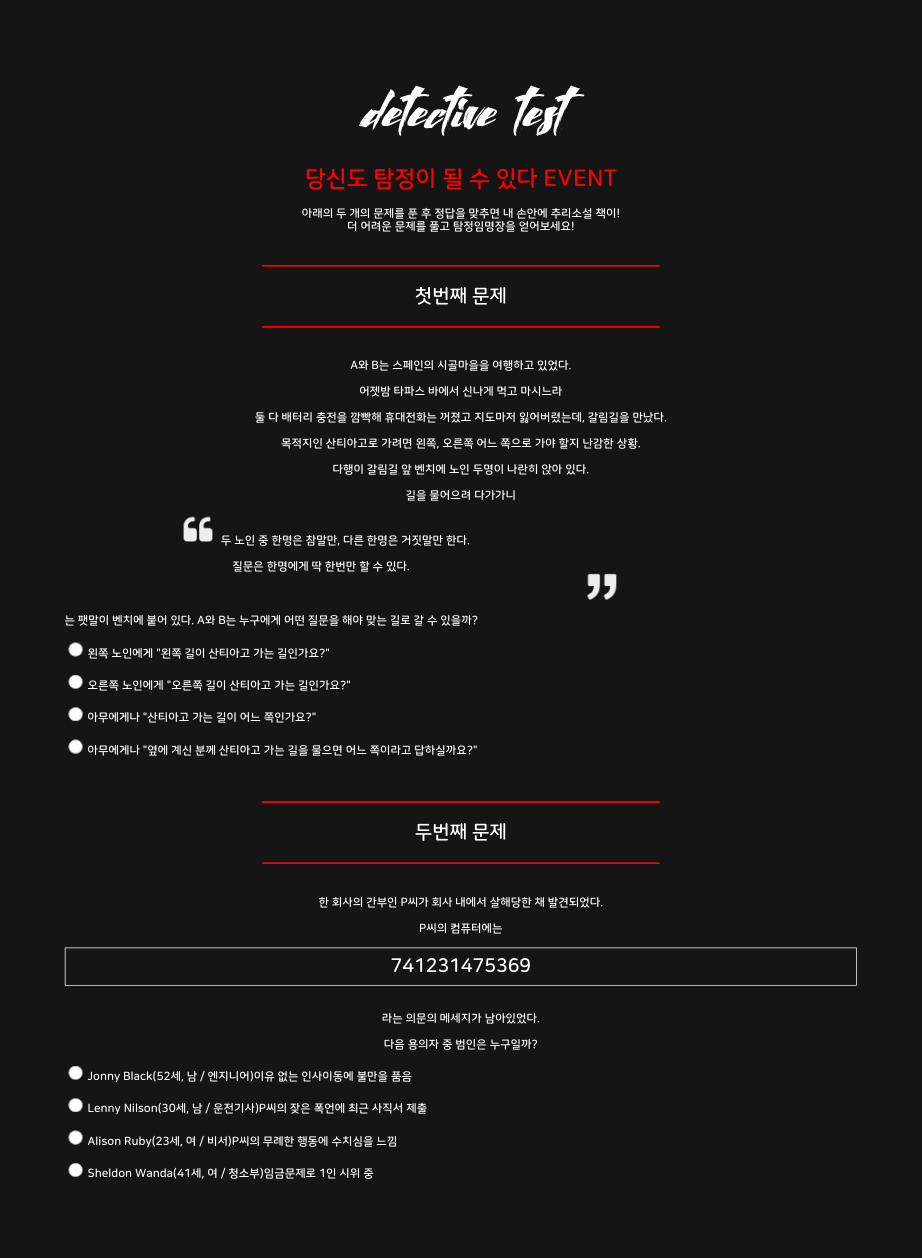
Repository: minkyung0421/Event_Project
Page: http://localhost/Event/quiz.jsp
These files come from the project's save history. The page is drawn as it stood at one moment and after the next save; the edit follows.
The browser window is 1280 px wide. The pictures show the whole page, at 72% of full size.
The page is served by Tomcat 9.

Above is the page before, as saved 2018-09-04 07:30:32.

### Event_Project/Event/WebContent/quiz.jsp
<%@ page language="java" contentType="text/html; charset=UTF-8"
    pageEncoding="UTF-8"%>
<!DOCTYPE html PUBLIC "-//W3C//DTD HTML 4.01 Transitional//EN" "http://www.w3.org/TR/html4/loose.dtd">
<html>
<head>
<meta http-equiv="Content-Type" content="text/html; charset=UTF-8">
<title>EVENT</title>
<style>
@font-face{
	font-family: 'Calligraphy Personal Use'; src:url('font/Calligraphy Personal Use.ttf');
}
@font-face{font-family:'NANUMSQUAREROUNDL'; src:url('font/NANUMSQUAREROUNDL.TTF')}
@font-face{font-family:'NANUMSQUAREROUNDB'; src:url('font/NANUMSQUAREROUNDB.TTF')}

body{
	margin:7%;
	padding:0px;
	font-family:'NANUMSQUAREROUNDB';
	background-color: #151515;
	color: white;
}


</style>
</head>
<style>
</style>
<body>
<form action = "quiz_result.jsp" method="post">
<center><div style = "font-family: Calligraphy Personal Use; font-size: 90pt; margin-top:5%">detective test</div></center>

<center><h1 style = "color:red">당신도 탐정이 될 수 있다 EVENT</h1>
<div style = "color: white;">아래의 두 개의 문제를 푼 후 정답을 맞추면 내 손안에 추리소설 책이! <br>
더 어려운 문제를 풀고 탐정임명장을 얻어보세요!</div>
<br><br>
<hr color="red" style = "width: 50%">
<br>
<div style = "font-size: 20pt;">첫번째 문제</div>
<br>
<hr color="red" style = "width: 50%">
<br>
<br>
</center>
<center>
A와 B는 스페인의 시골마을을 여행하고 있었다. <br><br>
어젯밤 타파스 바에서 신나게 먹고 마시느라 <br><br> 둘 다 배터리 충전을 깜빡해
휴대전화는 꺼졌고 지도마저 잃어버렸는데, 갈림길을 만났다.<br><br>
목적지인 산티아고로 가려면 왼쪽, 오른쪽 어느 쪽으로 가야 할지 난감한 상황. <br><br>
다행이 갈림길 앞 벤치에 노인 두명이 나란히 앉아 있다. <br><br>길을 물어으려 다가가니<br><br> </center>
<div style = "margin-left:15%;"><img src ="img/quote-left.png" widt=40px height=40px>&nbsp;&nbsp;
두 노인 중 한명은 참말만, 다른 한명은 거짓말만 한다.<br><br>&nbsp;&nbsp;&nbsp;&nbsp;&nbsp;&nbsp;&nbsp;
&nbsp;&nbsp;&nbsp;&nbsp;&nbsp;&nbsp;&nbsp;&nbsp;&nbsp;질문은 한명에게 딱 한번만 할 수 있다.<br><img src ="img/right-quote-sign.png" widt=40px height=40px style = "margin-left:60%;"></div><br>
는 팻말이 벤치에 붙어 있다. A와 B는 누구에게 어떤 질문을 해야 맞는 길로 갈 수 있을까?<br><br>


	<label><input type = "radio" name = "quiz1" value = "1" style="width:20px;height:20px;"> 왼쪽 노인에게 "왼쪽 길이 산티아고 가는 길인가요?"</label><br><br>
	<label><input type = "radio" name = "quiz1" value = "2" style="width:20px;height:20px;"> 오른쪽 노인에게 "오른쪽 길이 산티아고 가는 길인가요?"</label><br><br>
	<label><input type = "radio" name = "quiz1" value = "3" style="width:20px;height:20px;"> 아무에게나 "산티아고 가는 길이 어느 쪽인가요?"</label><br><br>
	<label><input type = "radio" name = "quiz1" value = "4" style="width:20px;height:20px;"> 아무에게나 "옆에 계신 분께 산티아고 가는 길을 물으면 어느 쪽이라고 답하실까요?"</label><br><br>

<center>
<br><br>
<hr color="red" style = "width: 50%; ">
<br>
<div style = "font-size: 20pt;">두번째 문제</div>
<br>
<hr color="red" style = "width: 50%;">
<br>
<br>
한 회사의 간부인 P씨가 회사 내에서 살해당한 채 발견되었다.<br><br>
P씨의 컴퓨터에는<br><br>
 <div style="border:1px solid; padding:10px; font-size: 20pt"> 741231475369 </div><br><br>
 라는 의문의 메세지가 남아있었다.<br><br>
 다음 용의자 중 범인은 누구일까? <br><br>
 </center>
	<label><input type = "radio" name = "quiz2" value = "1" style="width:20px;height:20px;"> Jonny Black(52세, 남 / 엔지니어)이유 없는 인사이동에 불만을 품음</label><br><br>
	<label><input type = "radio" name = "quiz2" value = "2" style="width:20px;height:20px;"> Lenny Nilson(30세, 남 / 운전기사)P씨의 잦은 폭언에 최근 사직서 제출</label><br><br>
	<label><input type = "radio" name = "quiz2" value = "3" style="width:20px;height:20px;"> Alison Ruby(23세, 여 / 비서)P씨의 무례한 행동에 수치심을 느낌</label><br><br>
	<label><input type = "radio" name = "quiz2" value = "4" style="width:20px;height:20px;"> Sheldon Wanda(41세, 여 / 청소부)임금문제로 1인 시위 중</label><br><br>



</form>

</body>
</html>

After the next save:
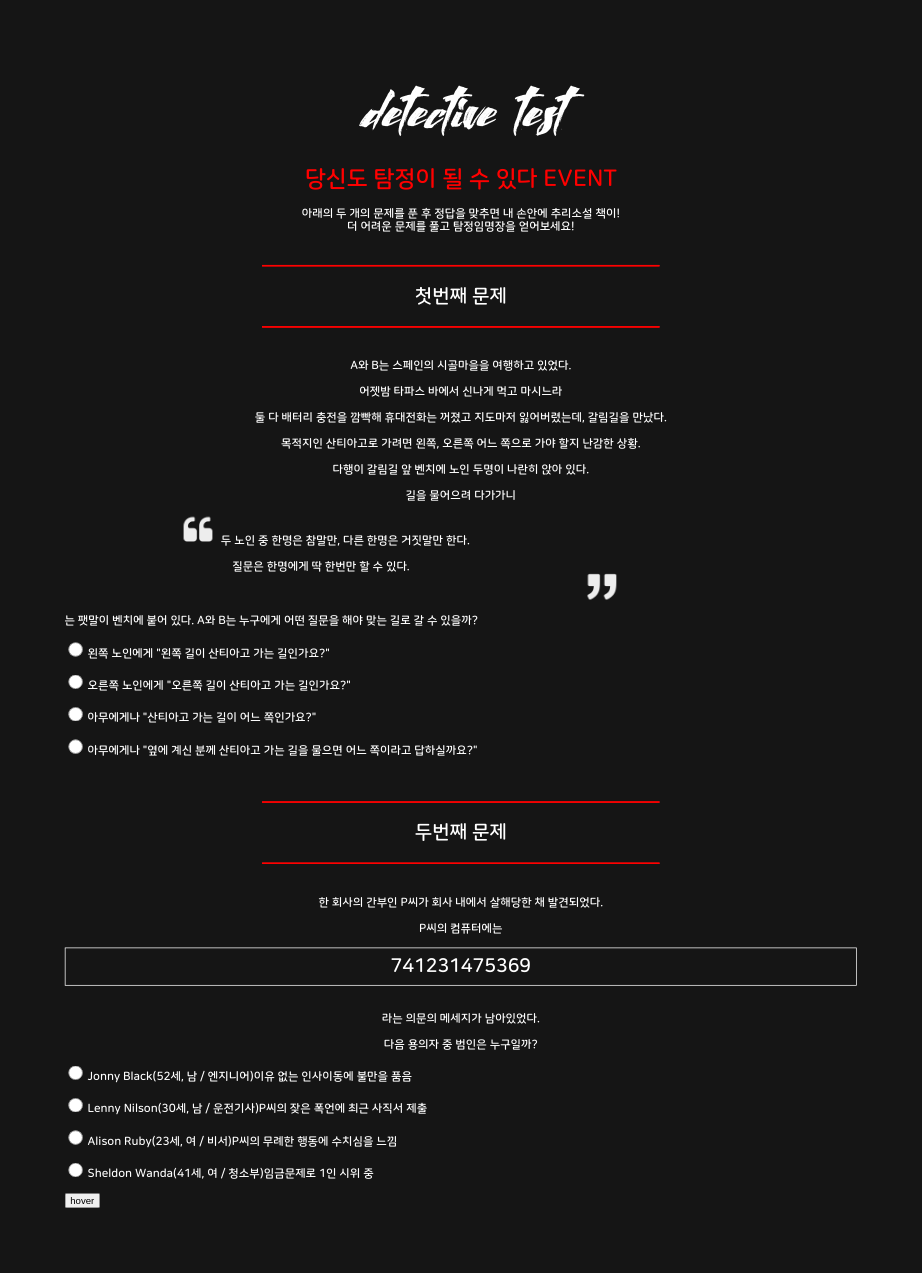
Saved 5 min 51 s later.
--- a/Event_Project/Event/WebContent/quiz.jsp
+++ b/Event_Project/Event/WebContent/quiz.jsp
@@ -79,7 +79,7 @@
 	<label><input type = "radio" name = "quiz2" value = "4" style="width:20px;height:20px;"> Sheldon Wanda(41세, 여 / 청소부)임금문제로 1인 시위 중</label><br><br>
 
 
-
+	<button>hover</button>
 </form>
 
 </body>
